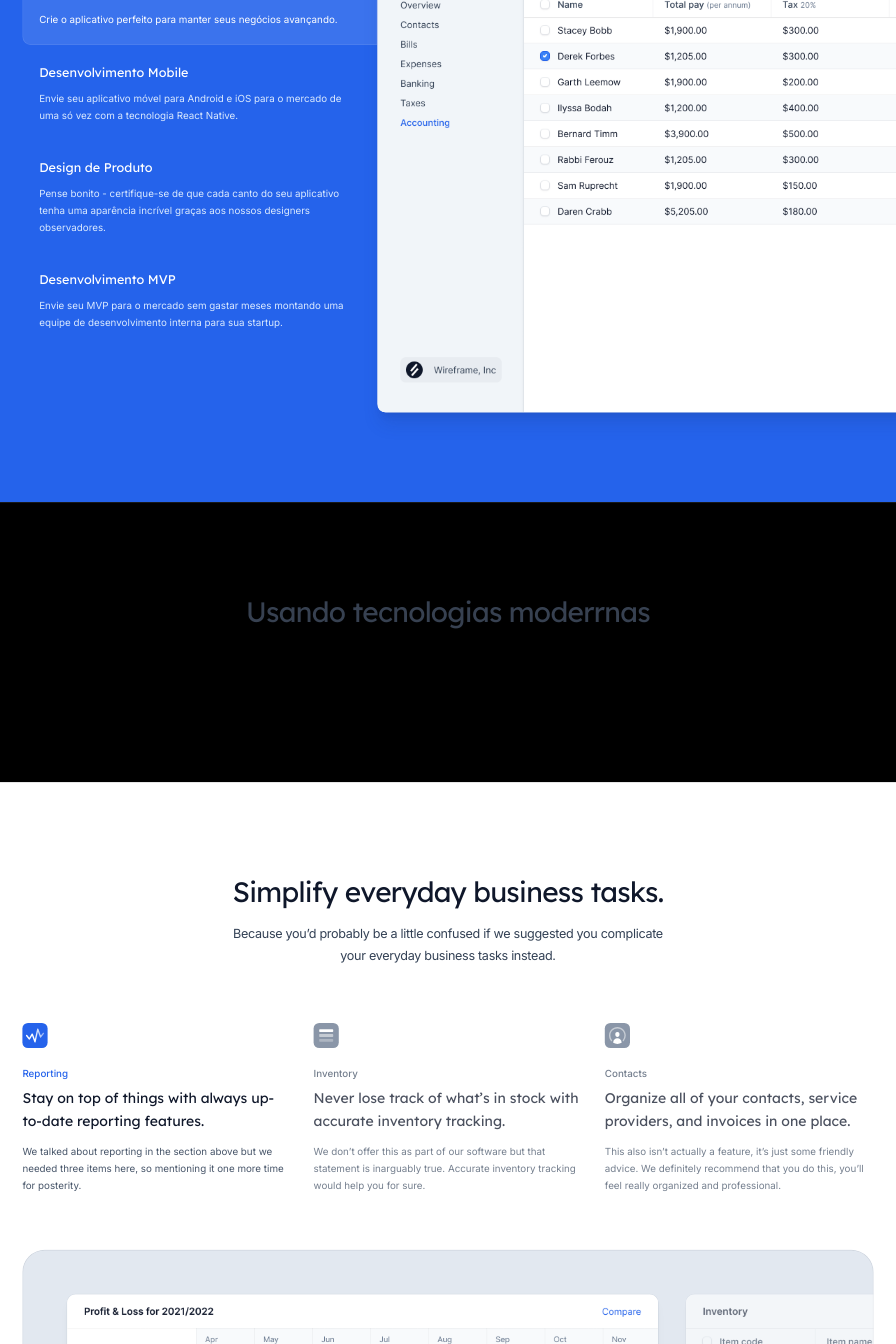
Repository: LuisSempre/imaginative
Page: /
An editor plug-in stored every save of this project. The page is shown before and after the next save, followed by the edit.
The browser window is 1280 px wide. The pictures show the part of the page from y = 2346 to 4266 px (the page is 10318 px tall), at 70% of full size.
The project was rebuilt for these pictures with package versions that can differ from the ones it lists, and the page was loaded fresh each time. The framework's server and built-in components were replaced by stand-ins that run in the browser. Also part of the build but not shown: next.config.js.

Above is the page before, as saved 2022-07-15 11:57:12.

After the next save:
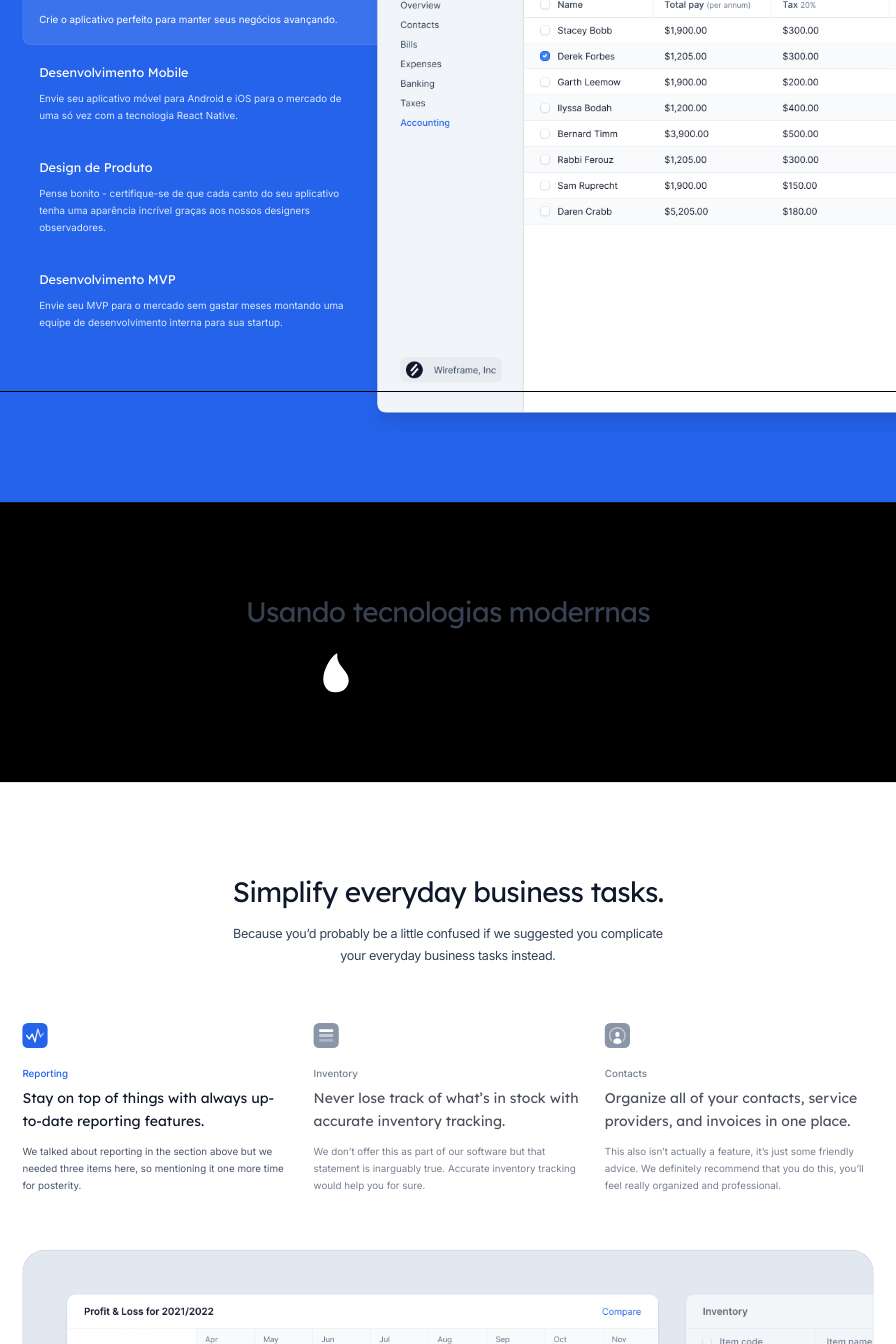
Saved 13 s later.
--- a/src/components/Tecnology.jsx
+++ b/src/components/Tecnology.jsx
@@ -14,7 +14,7 @@
             Usando tecnologias moderrnas
           </h2>
           <div className="flex justify-center mt-8 space-x-6">
-            <SiElixir className="h-14 w-14" />
+            <SiElixir className="fill-white h-14 w-14" />
             <FaNodeJs className="h-14 w-14" />
             <FaReact className="h-14 w-14" />
             <FaVuejs className="h-14 w-14" />
